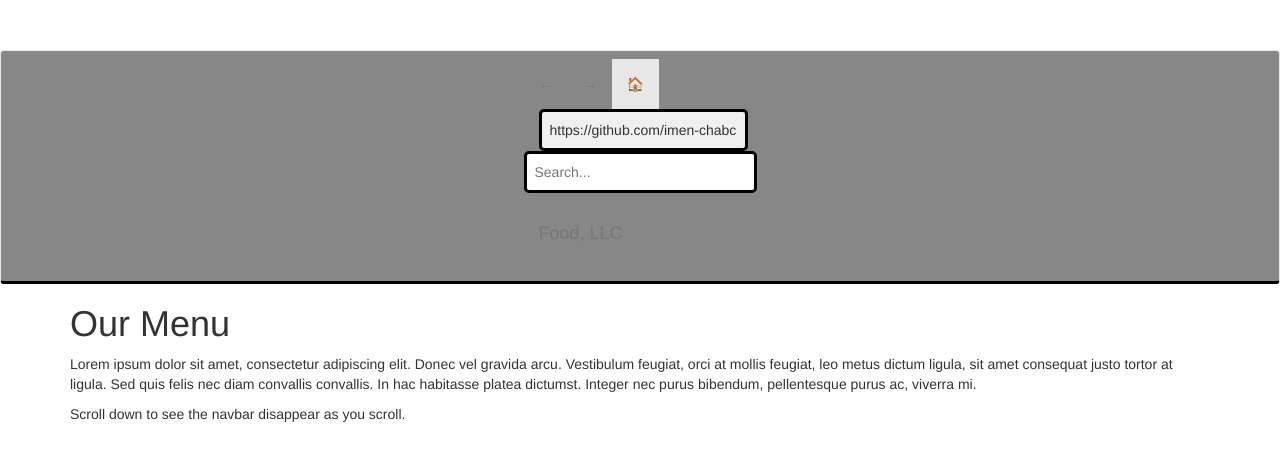
Repository: imen-chabchoub/coursera-test1
Page: mod3-solution/index.html
An editor plug-in stored every save of this project. The page is shown before and after the next save, followed by the edit.
The browser window is 1280 px wide. The pictures show the whole page.

Above is the page before, as saved 2025-02-12 14:28:28.

After the next save:
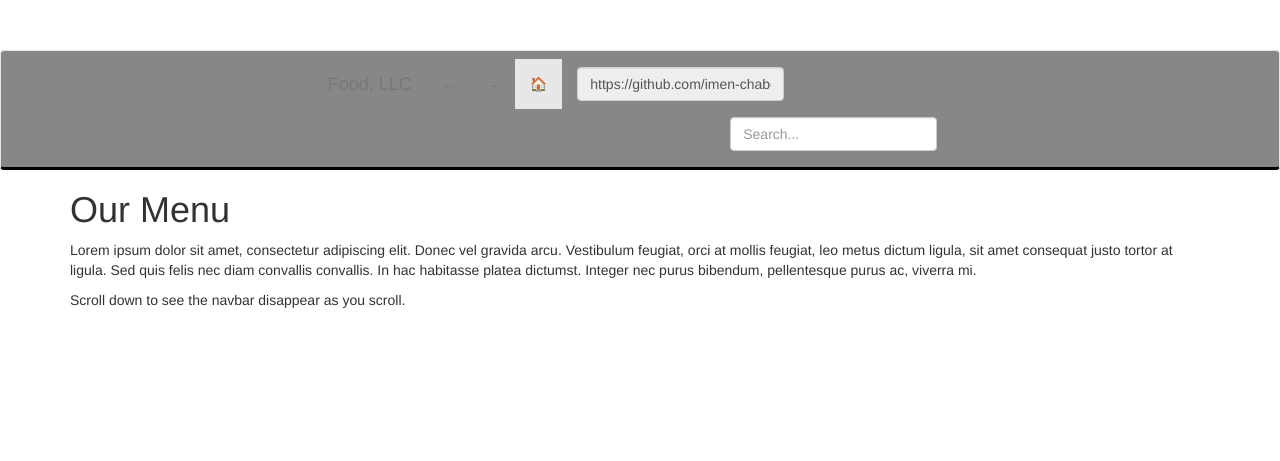
Saved 4 min 15 s later.
--- a/mod3-solution/index.html
+++ b/mod3-solution/index.html
@@ -19,24 +19,21 @@
                     <span class="icon-bar"></span>
                     <span class="icon-bar"></span>
                 </button>
+                <a class="navbar-brand" href="#">Food, LLC</a>
             </div>
 
             <!-- Collect the nav links, forms, and other content for toggling -->
             <div class="collapse navbar-collapse" id="navbar-collapse">
                 <ul class="nav navbar-nav">
-
                     <li><a href="#" class="nav-back">←</a></li>
                     <li><a href="#" class="nav-forward">→</a></li>
                     <li class="active"><a href="#" class="nav-home">🏠</a></li>
                 </ul>
-                <div class="nav-url">
-                    <input type="text" value="https://github.com/imen-chabchoub/coursera-test/tree/module2-solution" readonly>
+                <div class="navbar-form navbar-left">
+                    <input type="text" class="form-control nav-url" value="https://github.com/imen-chabchoub/coursera-test/tree/module2-solution" readonly>
                 </div>
-                <div class="search">
-                    <input type="text" placeholder="Search...">
-                </div>
-                <div class="navbar-text">
-                    <a class="navbar-brand" href="#">Food, LLC</a>
+                <div class="navbar-form navbar-right">
+                    <input type="text" class="form-control search" placeholder="Search...">
                 </div>
             </div><!-- /.navbar-collapse -->
         </div><!-- /.container-fluid -->
